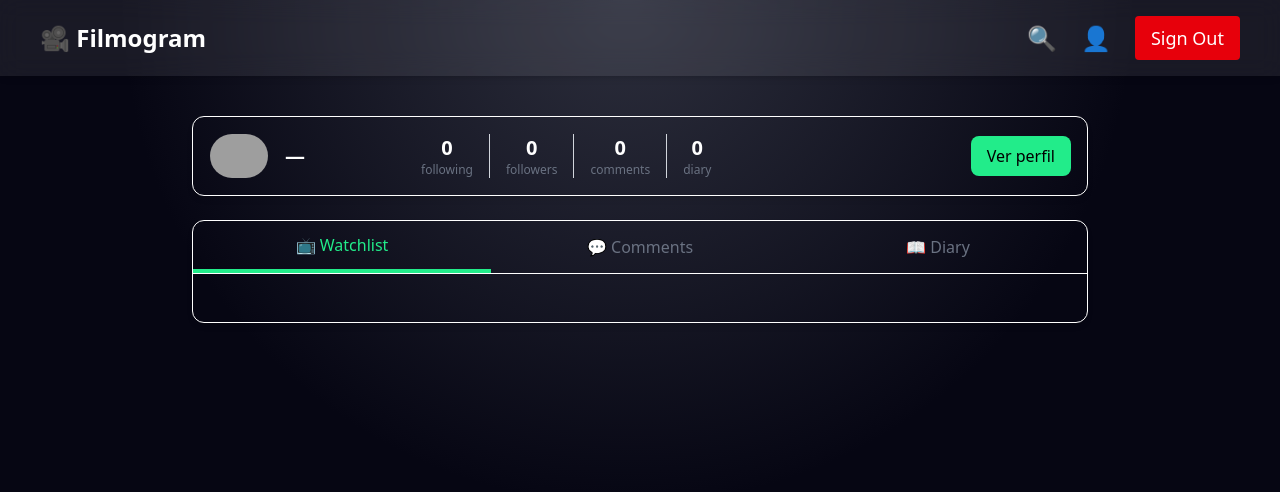
Repository: Leoonard1507/proyecto-final
Page: /client-profile
An editor plug-in stored every save of this project. The page is shown before and after the next save, followed by the edit.
The browser window is 1280 px wide. The pictures show the whole page.
Pictures or frames that could not be fetched are drawn as grey boxes. The page's requests for data from a server got no answer. The project was rebuilt for these pictures with package versions that can differ from the ones it lists, and the page was loaded fresh each time. The framework's server and built-in components were replaced by stand-ins that run in the browser. No one was signed in, and anything a server would have sent is missing. Also part of the build but not shown: next.config.ts, src/app/components/profileSections/userWatchlist.tsx, src/app/components/profileSections/userComments.tsx, src/app/components/profileSections/userDiary.tsx, src/libs/axios.ts, src/app/components/profileSections/searchFavsEdit.tsx, src/app/components/profileSections/addFavoritesModal.tsx, src/app/components/profileSections/FavMoviesList.tsx.

Above is the page before, as saved 2025-05-26 13:55:52.

After the next save:
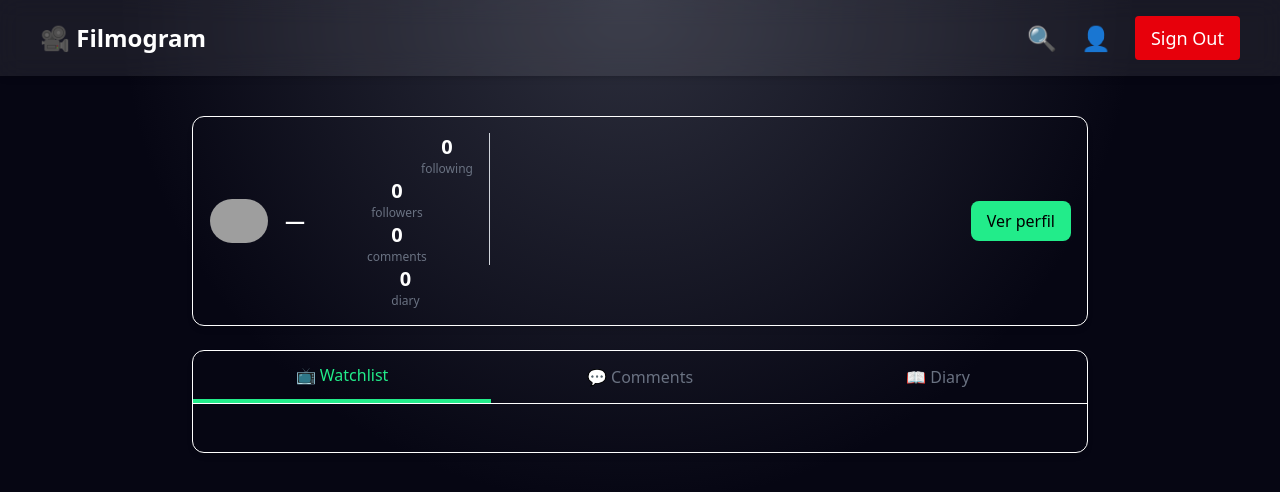
Saved 40 s later.
--- a/src/app/client-profile/page.tsx
+++ b/src/app/client-profile/page.tsx
@@ -180,29 +180,31 @@
               className="rounded-full border"
             />
             <span className="text-xl font-semibold">{nickname || "—"}</span>
-            <div className="flex flex-col ml-25 items-center border-r border-gray-300 pr-4">
-              <span className="text-base font-semibold text-xl">
-                {followingCount !== null ? followingCount : "0"}
-              </span>
-              <span className="text-xs text-gray-500">following</span>
-            </div>
-            <div className="flex flex-col items-center border-r border-gray-300 pr-4">
-              <span className="text-base font-semibold text-xl">
-                 {followerCount !== null ? followerCount : "0"}
-              </span>
-              <span className="text-xs text-gray-500">followers</span>
-            </div>
-            <div className="flex flex-col items-center border-r border-gray-300 pr-4">
-              <span className="text-base font-semibold text-xl">
-                 {commentsCount !== null ? commentsCount : "0"}
-              </span>
-              <span className="text-xs text-gray-500">comments</span>
-            </div>
-            <div className="flex flex-col items-center">
-              <span className="text-base font-semibold text-xl">
-                 {diaryCount !== null ? diaryCount : "0"}
-              </span>
-              <span className="text-xs text-gray-500">diary</span>
+            <div>
+              <div className="flex flex-col ml-25 items-center border-r border-gray-300 pr-4">
+                <span className="text-base font-semibold text-xl">
+                  {followingCount !== null ? followingCount : "0"}
+                </span>
+                <span className="text-xs text-gray-500">following</span>
+              </div>
+              <div className="flex flex-col items-center border-r border-gray-300 pr-4">
+                <span className="text-base font-semibold text-xl">
+                  {followerCount !== null ? followerCount : "0"}
+                </span>
+                <span className="text-xs text-gray-500">followers</span>
+              </div>
+              <div className="flex flex-col items-center border-r border-gray-300 pr-4">
+                <span className="text-base font-semibold text-xl">
+                  {commentsCount !== null ? commentsCount : "0"}
+                </span>
+                <span className="text-xs text-gray-500">comments</span>
+              </div>
+              <div className="flex flex-col items-center">
+                <span className="text-base font-semibold text-xl">
+                  {diaryCount !== null ? diaryCount : "0"}
+                </span>
+                <span className="text-xs text-gray-500">diary</span>
+              </div>
             </div>
           </div>
           <button

After the save that followed:
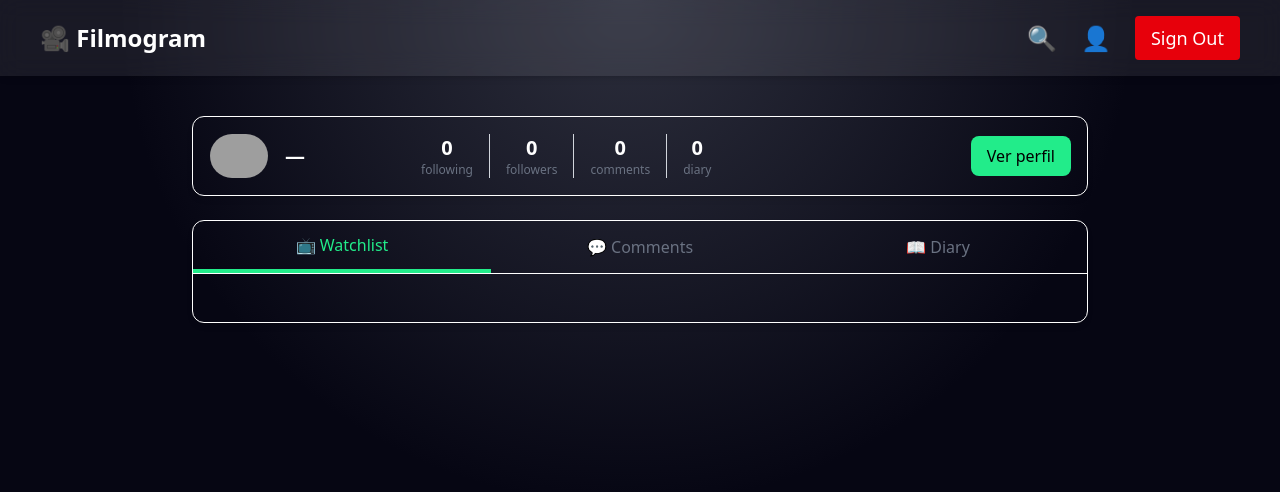
Saved 9 s later.
--- a/src/app/client-profile/page.tsx
+++ b/src/app/client-profile/page.tsx
@@ -180,31 +180,29 @@
               className="rounded-full border"
             />
             <span className="text-xl font-semibold">{nickname || "—"}</span>
-            <div>
-              <div className="flex flex-col ml-25 items-center border-r border-gray-300 pr-4">
-                <span className="text-base font-semibold text-xl">
-                  {followingCount !== null ? followingCount : "0"}
-                </span>
-                <span className="text-xs text-gray-500">following</span>
-              </div>
-              <div className="flex flex-col items-center border-r border-gray-300 pr-4">
-                <span className="text-base font-semibold text-xl">
-                  {followerCount !== null ? followerCount : "0"}
-                </span>
-                <span className="text-xs text-gray-500">followers</span>
-              </div>
-              <div className="flex flex-col items-center border-r border-gray-300 pr-4">
-                <span className="text-base font-semibold text-xl">
-                  {commentsCount !== null ? commentsCount : "0"}
-                </span>
-                <span className="text-xs text-gray-500">comments</span>
-              </div>
-              <div className="flex flex-col items-center">
-                <span className="text-base font-semibold text-xl">
-                  {diaryCount !== null ? diaryCount : "0"}
-                </span>
-                <span className="text-xs text-gray-500">diary</span>
-              </div>
+            <div className="flex flex-col ml-25 items-center border-r border-gray-300 pr-4">
+              <span className="text-base font-semibold text-xl">
+                {followingCount !== null ? followingCount : "0"}
+              </span>
+              <span className="text-xs text-gray-500">following</span>
+            </div>
+            <div className="flex flex-col items-center border-r border-gray-300 pr-4">
+              <span className="text-base font-semibold text-xl">
+                 {followerCount !== null ? followerCount : "0"}
+              </span>
+              <span className="text-xs text-gray-500">followers</span>
+            </div>
+            <div className="flex flex-col items-center border-r border-gray-300 pr-4">
+              <span className="text-base font-semibold text-xl">
+                 {commentsCount !== null ? commentsCount : "0"}
+              </span>
+              <span className="text-xs text-gray-500">comments</span>
+            </div>
+            <div className="flex flex-col items-center">
+              <span className="text-base font-semibold text-xl">
+                 {diaryCount !== null ? diaryCount : "0"}
+              </span>
+              <span className="text-xs text-gray-500">diary</span>
             </div>
           </div>
           <button
